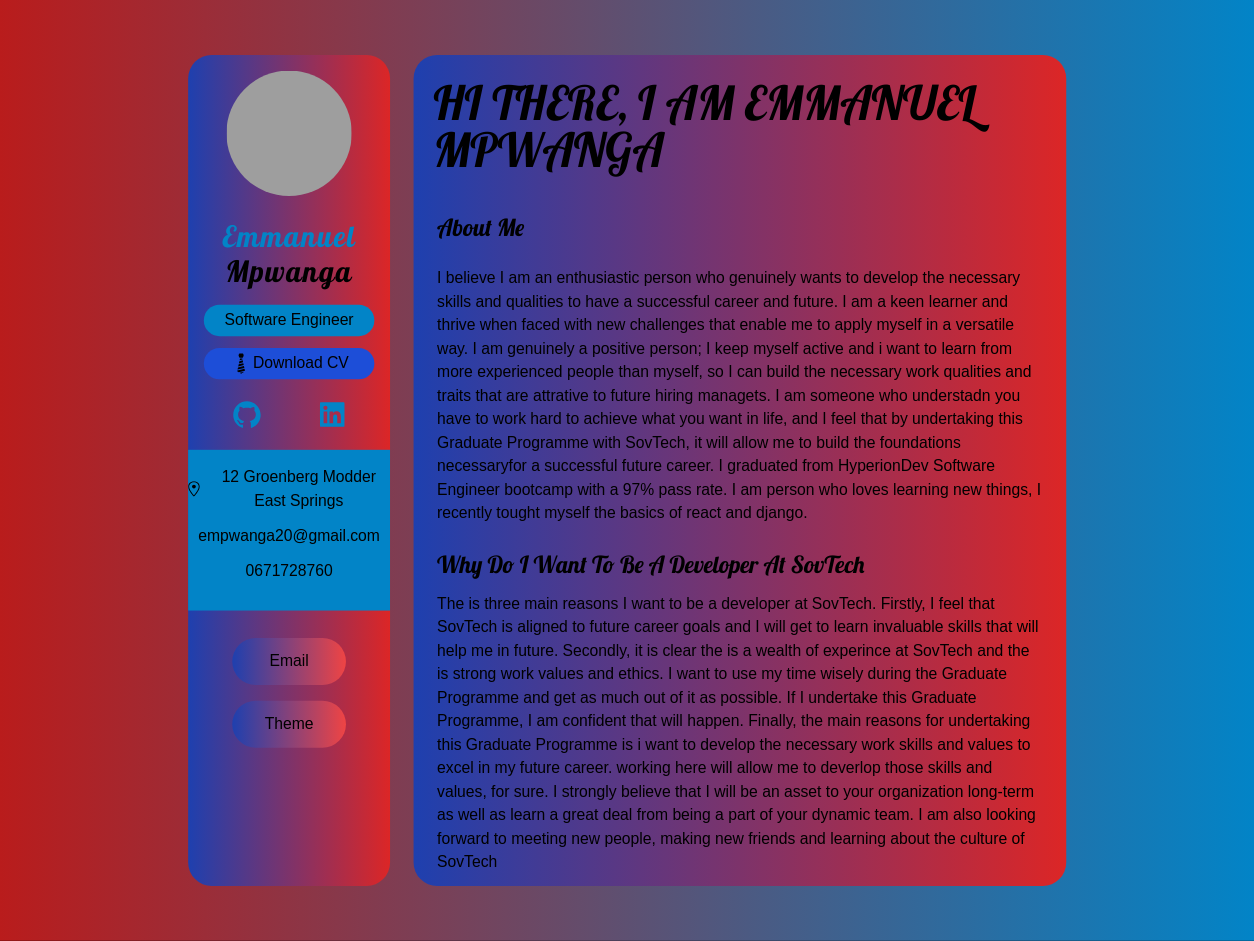
Repository: mannympwanga/portfolio
Page: /
These files come from the project's save history. The page is drawn as it stood at one moment and after the next save; the edit follows.
The browser window is 1280 px wide. The pictures show the whole page, at 98% of full size.
Pictures or frames that could not be fetched are drawn as grey boxes. The project was rebuilt for these pictures with package versions that can differ from the ones it lists, and the page was loaded fresh each time. The framework's server and built-in components were replaced by stand-ins that run in the browser. Also part of the build but not shown: next.config.js.

Above is the page before, as saved 2021-11-24 23:25:38.

### pages/_app.tsx
import '../styles/globals.css'
import Sidebar from '../components/Sidebar'
import Navbar from '../components/Navbar'
import {ThemeProvider} from 'next-themes'

function MyApp({ Component, pageProps }) {
  return (
    <ThemeProvider attribute='class'>
      <div className='grid grid-cols-12 gap-6 px-5 lg:px-48 my-14 sm:px-20 md:px-32'>
       <div className='col-span-12 p-4 text-center bg-gradient-to-r from-blue-800 to-red-600 dark:from-dark-500 dark:to-dark-100 lg:col-span-3 rounded-3xl'>
        <Sidebar/>
       </div>
       <div className='flex flex-col col-span-12 bg-gradient-to-r from-blue-800 to-red-600 dark:from-dark-500 dark:to-dark-100 lg:col-span-9 rounded-3xl'>
        <Navbar/>
        <Component {...pageProps} />
       </div>
      </div>
    </ThemeProvider>

  )





}

export default MyApp

### pages/_document.tsx
import Document, { Html, Head, Main, NextScript } from 'next/document'

class MyDocument extends Document {
  render() {
    return (
      <Html lang='en'>
        <Head>
            <link rel="preconnect" href="https://fonts.googleapis.com"/>
            <link rel="preconnect" href="https://fonts.gstatic.com crossorigin"/>
            <link href="https://fonts.googleapis.com/css2?family=Lobster&display=swap" rel="stylesheet"/>
        </Head>
        <body className='bg-gradient-to-r from-red-700 to-blue dark:from-dark-500 dark:to-dark-100 dark:text-yellow-50'>
          <Main />
          <NextScript />
        </body>
      </Html>
    )
  }
}

export default MyDocument

### pages/index.tsx
export const index = () => {
  return (
    <div className='flex flex-col px-6 pt-1'>
      <h1 className='my-3 text-2xl font-Lobster'>About Me</h1>
      <p className='my-3 font-medium'>
        I believe I am an enthusiastic person who genuinely wants to develop
        the necessary skills and qualities to have a successful career and future.
        I am a keen learner and thrive when faced with new challenges that enable me
        to apply myself in a versatile way.
        I am genuinely a positive person; I keep myself active and i want to learn from
        more experienced people than myself, so I can build the necessary work qualities
        and traits that are attrative to future hiring managets.
        I am someone who understadn you have to work hard to achieve what you want in life,
        and I feel that by undertaking this Graduate Programme with SovTech, it will allow me
        to build the foundations necessaryfor a successful future career. I graduated from HyperionDev
        Software Engineer bootcamp with a 97% pass rate. I am person who loves learning new things, I recently
        tought myself the basics of react and django.
      </p>

      <div>
        <h1 className='my-3 text-2xl font-Lobster'>Why Do I Want To Be A Developer At SovTech</h1>
        <p className='my-3 font-medium'>
          The is three main reasons I want to be a developer at SovTech. Firstly, I feel that SovTech
          is aligned to future career goals and I will get to learn invaluable skills that will help me in future.
          Secondly, it is clear the is a wealth of experince at SovTech and the is strong work values and
          ethics. I want to use my time wisely during the Graduate Programme and get as much out of it as possible.
          If I undertake this Graduate Programme, I am confident that will happen. Finally, the main reasons for undertaking
          this Graduate Programme is i want to develop the necessary work skills and values to excel in my future career.
          working here will allow me to deverlop those skills and values, for sure. I strongly believe that I will be an asset
          to your organization long-term as well as learn a great deal from being a part of your dynamic team.
          I am also looking forward to meeting new people, making new friends and learning about the culture of SovTech
        </p>
      </div>
    </div>


  )
}

export default index

### styles/globals.css

@tailwind base;
@tailwind components;
@tailwind utilities;

/*//TODO use tailwind */
body{
  background-color: black;
  font-family: sans-serif;
}

### components/Sidebar.tsx
import Image from 'next/image'
import {AiFillGithub,AiFillLinkedin} from 'react-icons/ai'
import {GoLocation} from 'react-icons/go'
import {GiTie} from 'react-icons/gi'
import { useTheme } from 'next-themes'

const Sidebar = () => {
    const{theme, setTheme} = useTheme();

    const changeThem = ()=>{
        setTheme(theme==='light'?'dark':'light');
    }

    return (
        <div>
            <Image src="https://avatars.githubusercontent.com/u/84036779?v=4" alt="user avater" className=" mx-auto border rounded-full "
            height="128px"
            width="128px"
            layout="intrinsic"
            quality="100">

            </Image>
            <h1 className='my-4 text-3xl font-medium tracking-wider font-Lobster'>
                <span className='text-blue'>Emmanuel </span>
                Mpwanga
            </h1>
            <p className='px-2 py-1 my-3 bg-blue dark:bg-dark-200 rounded-full'>Software Engineer</p>
            <a className='flex items-center justify-center px-2 py-1 my-3 bg-blue-700 dark:bg-dark-200 rounded-full'
                href='/pdf,img/Emmanuel Mpwanga CV.pdf'
                download='Emmanuel Mpwanga CV.pdf'>
                <GiTie className='w-6 h-6'/>Download CV
             </a>

            {/* icons*/}
            <div className='flex justify-around mx-auto w-9/12 my-5 text-blue md:w-full' >
                <a href="https://github.com/mannympwanga">
                    <AiFillGithub className='w-8 h-8' cursor-pointer/>
                </a>
                <a href="https://www.linkedin.com/in/emmanuel-mpwanga-4387271bb">
                    <AiFillLinkedin className='w-8 h-8' cursor-pointer/>
                </a>
            </div>

            {/*adress*/}
            <div
               className='my-5 py-4 bg-blue dark:bg-dark-200'
               style={{ marginLeft: '-1rem', marginRight: '-1rem'}}>
                <div className='flex items-center justify-center space-x-2'>
                    <GoLocation/>
                    <span>12 Groenberg Modder East Springs</span>
                </div>
                <p className='my-3'>empwanga20@gmail.com</p>
                <p className='my-3'>0671728760</p>
            </div>

            {/*Email Button*/}
            <button className='my-2 bg-gradient-to-r from-blue-800 to-red-500 w-8/12 rounded-full py-3 pt-3 text-black'
            onClick={()=>window.open('mailto:empwanga20@gmail.com')}>Email</button>
            <button className='my-2  bg-gradient-to-r from-blue-800 to-red-500 w-8/12 rounded-full py-3 pt-3 text-black'
            onClick={changeThem}>Theme</button>
        </div>
    )
}

export default Sidebar

### components/Navbar.tsx
import { useState, useEffect, FunctionComponent } from 'react'
import { useRouter } from 'next/router'
import Link from 'next/link'



const Navbar = () => {

   return (
      <div className='flex items-center justify-between px-5 py-3 my-3 text-5xl font-Lobster'>

         <div className='text-5xl font-Lobster md:text-1xl'>
            HI THERE, I AM EMMANUEL MPWANGA
         </div>
      </div>
   )
}

export default Navbar

### tailwind.config.js
module.exports = {
  purge: ["./pages/**/*.tsx", "./components/**/*.tsx"],
  darkMode: "class",
  theme: {
    fontFamily: {
      Lobster: ['Lobster'],
     },
    extend: {
      colors: {
        blue: {
          DEFAULT: '#0284C7',
        },
        dark:{
          DEFAULT: '#010101',
          100:'#0a0b1e',
          200:'#16181d',
          500:'#0f1115',
          700:'#202125',

        },
      }
    },
  },
  variants: {
    extend: {},
  },
  plugins: [],
};

After the next save:
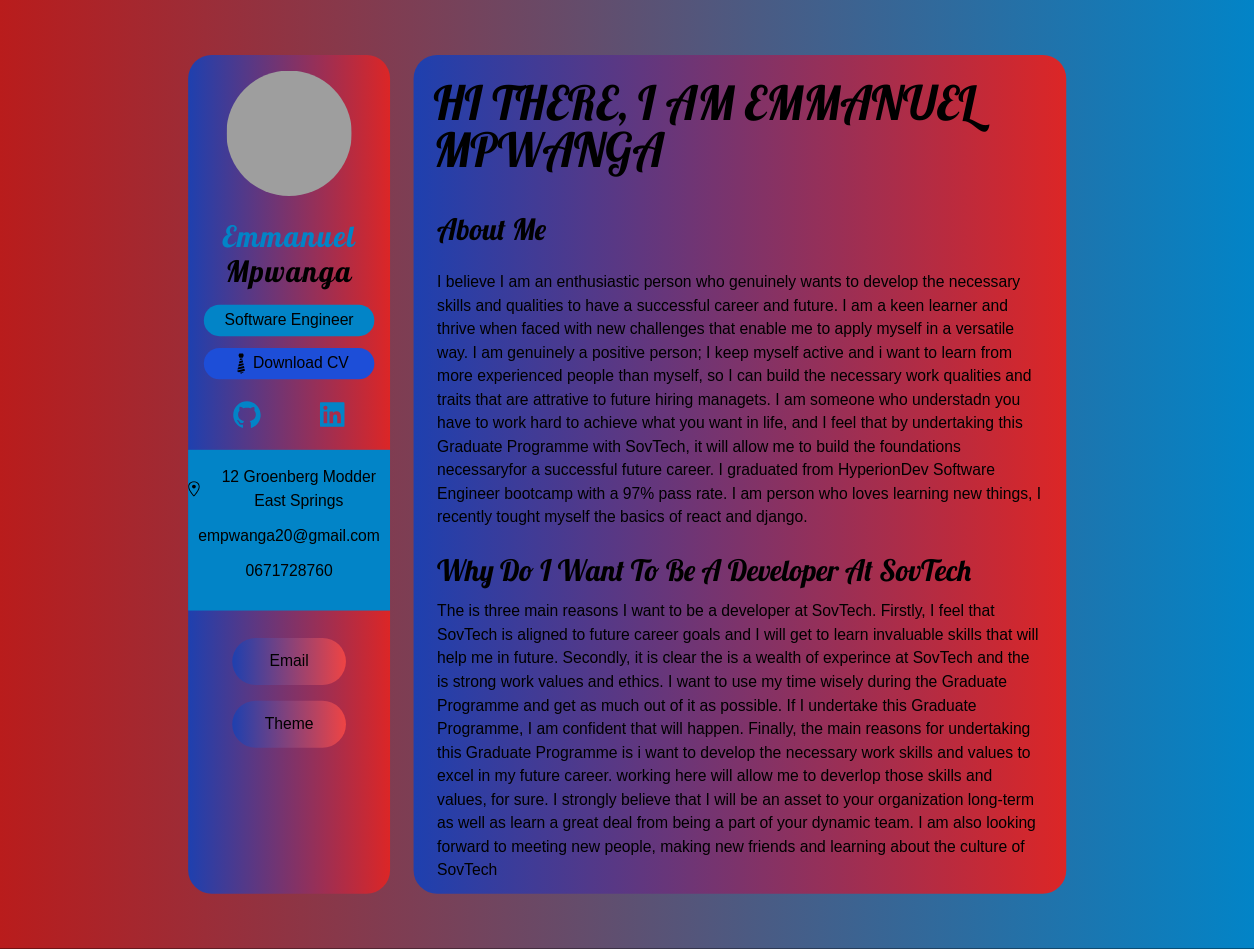
Saved 22 s later.
--- a/pages/index.tsx
+++ b/pages/index.tsx
@@ -1,7 +1,7 @@
 export const index = () => {
   return (
     <div className='flex flex-col px-6 pt-1'>
-      <h1 className='my-3 text-2xl font-Lobster'>About Me</h1>
+      <h1 className='my-3 text-3xl font-Lobster'>About Me</h1>
       <p className='my-3 font-medium'>
         I believe I am an enthusiastic person who genuinely wants to develop
         the necessary skills and qualities to have a successful career and future.
@@ -18,7 +18,7 @@
       </p>
 
       <div>
-        <h1 className='my-3 text-2xl font-Lobster'>Why Do I Want To Be A Developer At SovTech</h1>
+        <h1 className='my-3 text-3xl font-Lobster'>Why Do I Want To Be A Developer At SovTech</h1>
         <p className='my-3 font-medium'>
           The is three main reasons I want to be a developer at SovTech. Firstly, I feel that SovTech
           is aligned to future career goals and I will get to learn invaluable skills that will help me in future.
